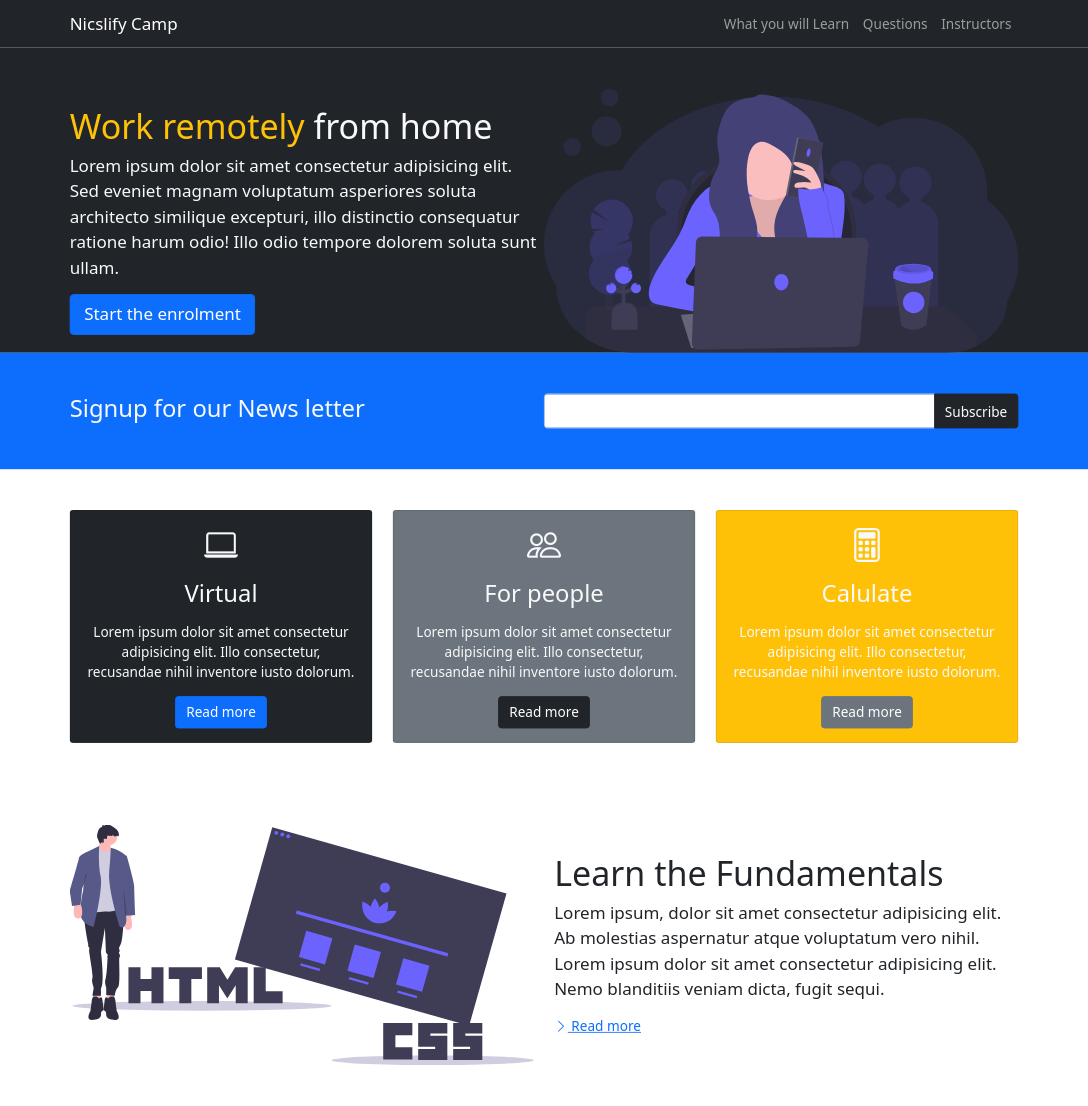
Repository: Eugene44-hub/enrollment-site
Page: index.html
These files come from the project's save history. The page is drawn as it stood at one moment and after the next save; the edit follows.
The browser window is 1280 px wide. The pictures show the whole page, at 85% of full size.
Some web libraries are served in a nearby version.

Above is the page before, as saved 2021-10-20 11:07:02.

After the next save:
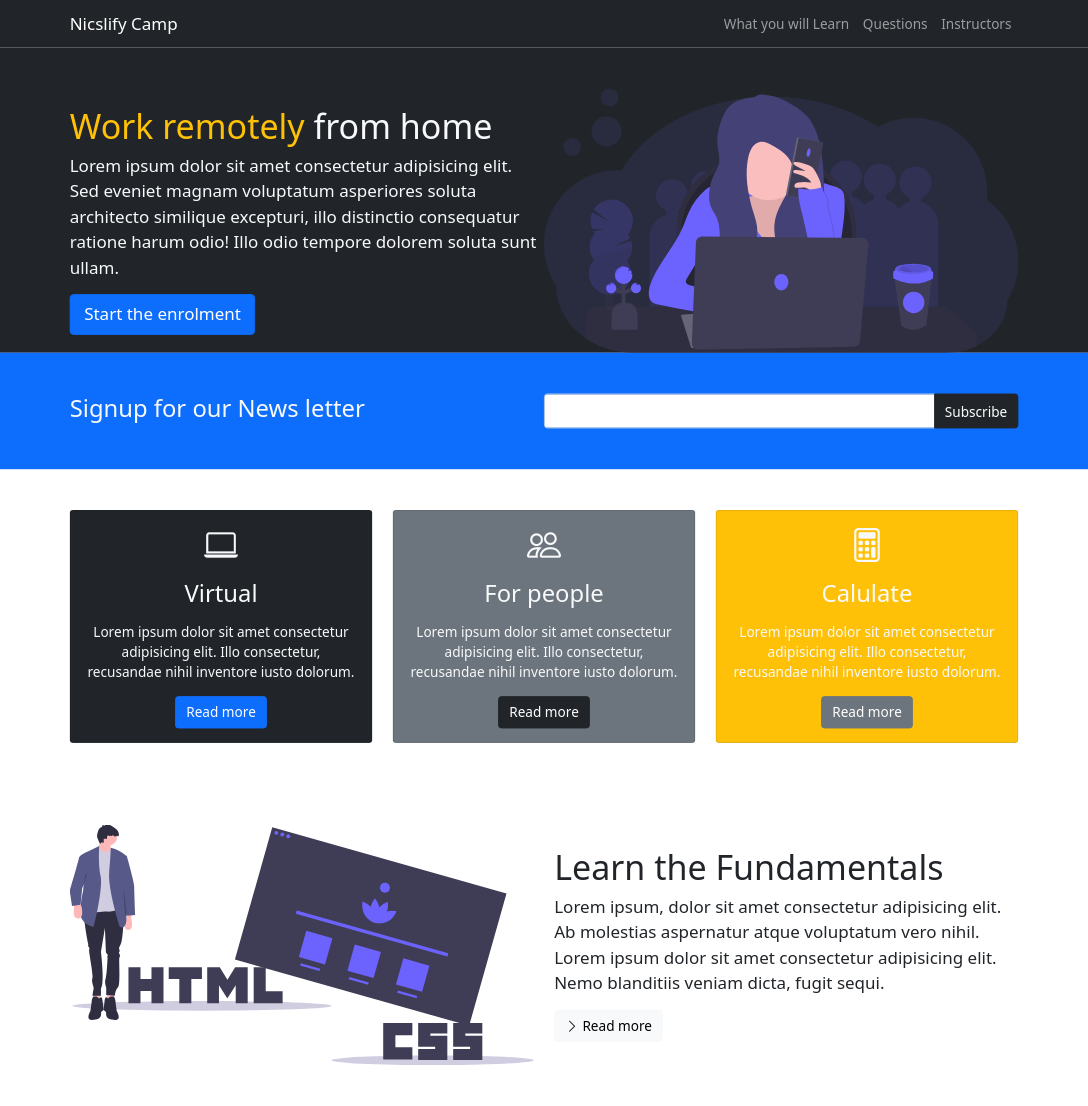
Saved 67 min 4 s later.
--- a/index.html
+++ b/index.html
@@ -132,7 +132,7 @@
                     <p class="lead ">
                         Lorem ipsum, dolor sit amet consectetur adipisicing elit. Ab molestias aspernatur atque voluptatum vero nihil. <br> Lorem ipsum dolor sit amet consectetur adipisicing elit. Nemo blanditiis veniam dicta, fugit sequi.
                     </p>
-                    <a href=# lass="btn btn-light"><i class="bi bi-chevron-right"></i> Read more</a>
+                    <a href=# class="btn btn-light"><i class="bi bi-chevron-right"></i> Read more</a>
                 </div>
             </div>
         </div>
